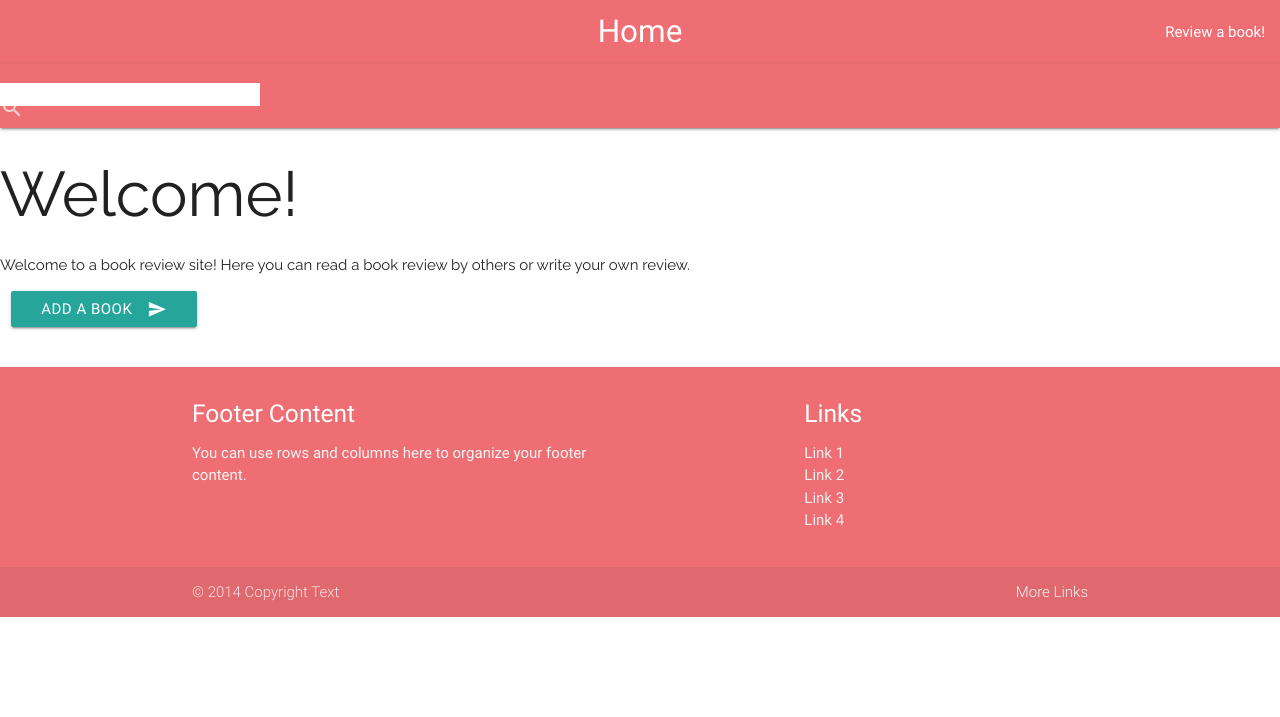
Repository: h8130084/bookReview
Page: http://localhost/
The author's editor kept a record of every edit. The page is drawn from the files as they stood at one moment, then again after the next edit.
The browser window is 1280 px wide. The pictures show the whole page.
Some web libraries are served in a nearby version. The page is served by the project's application, run on Flask 3 (app.py). Queries for data that is not in the repository find no rows.

Above is the page before.
Console error: ReferenceError: M is not defined

After the next edit:
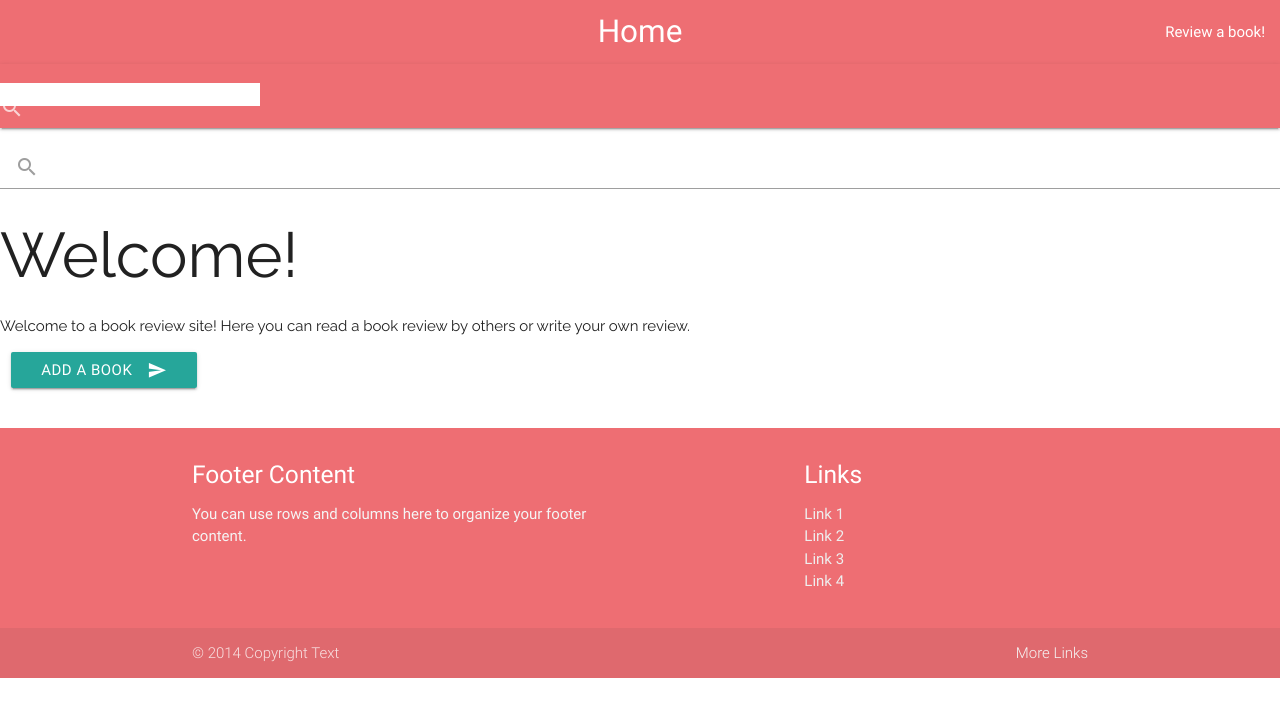
The edit:
--- a/templates/base.html
+++ b/templates/base.html
@@ -36,6 +36,19 @@
             </div>
         </nav>
     </header>
+
+
+        <div class="input-field">
+          <input id="search" type="search" required>
+          <label class="label-icon" for="search"><i class="material-icons">search</i></label>
+          <i class="material-icons">close</i>
+        </div>
+      </form>
+    </div>
+  </nav>
+
+
+
 
     {% block content %} {% endblock %}
 
